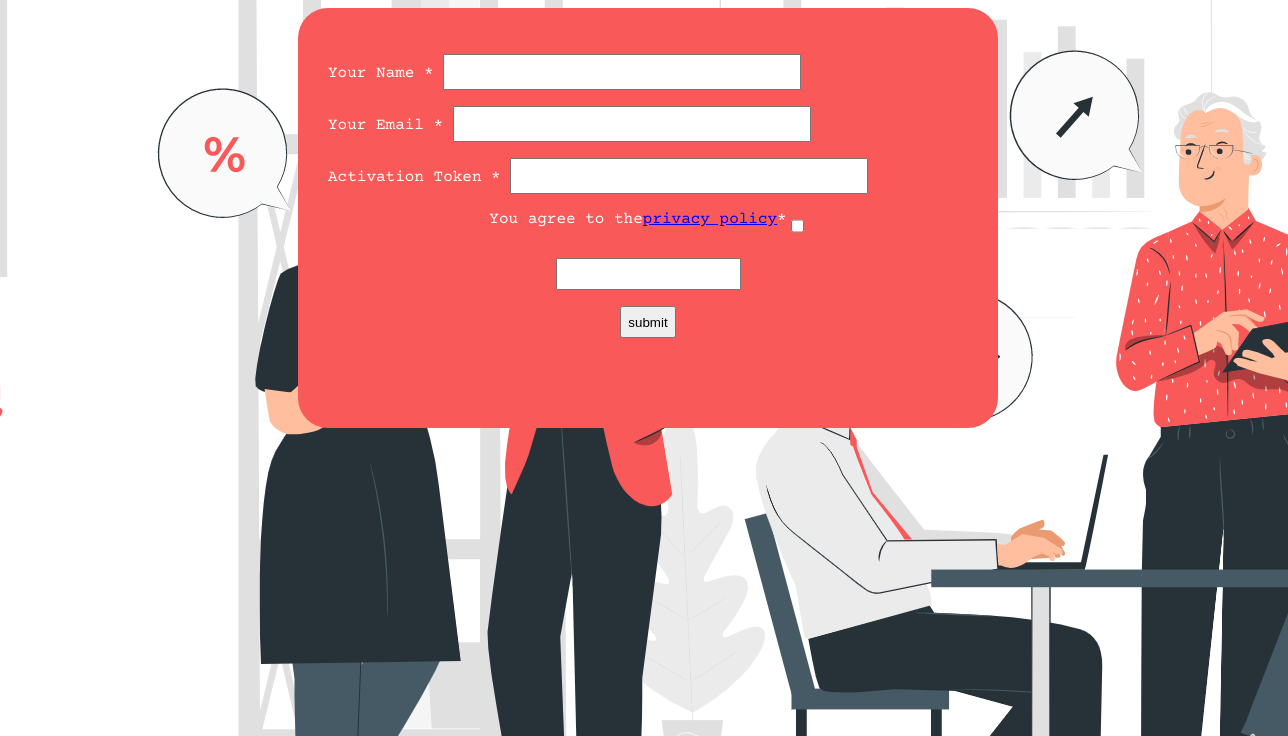
Repository: Rachael4life/Assignment-1
Page: starter-code/src/index.html
The author's editor kept a copy of each file at every save. The page is drawn from the files as they stood at one save, then again after the next save.
The browser window is 1280 px wide. The page is 1288 px wide, so the pictures cover 1288 px, including what lies to the right of the window. The pictures show the whole page.

Above is the page before, as saved 2022-02-25 15:42:27.

After the next save:
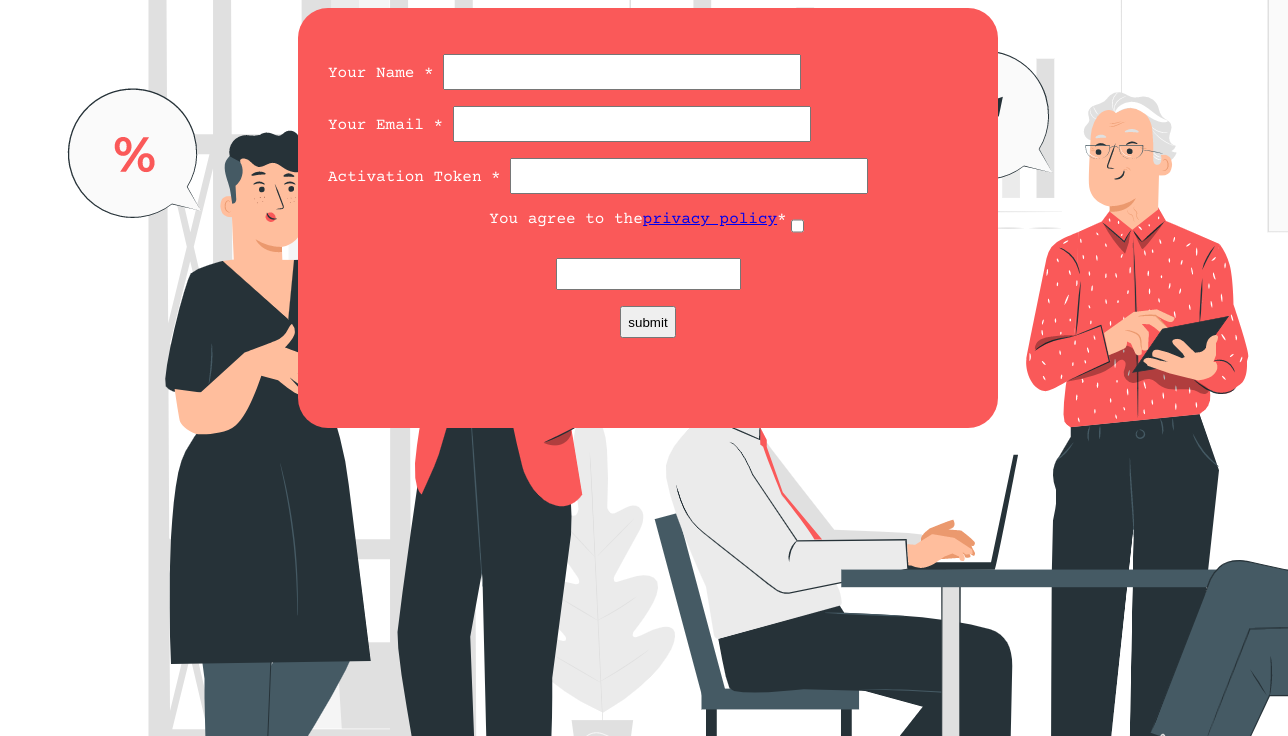
Saved 20 s later.
--- a/starter-code/src/style.css
+++ b/starter-code/src/style.css
@@ -4,7 +4,7 @@ body {
     width: 100vw;
     height: 100vh;
     background-image: url("img.png");
-    background-position: 100px;
+    background-position: 10px;
 }
 form {
     background-color: #fa5959;
